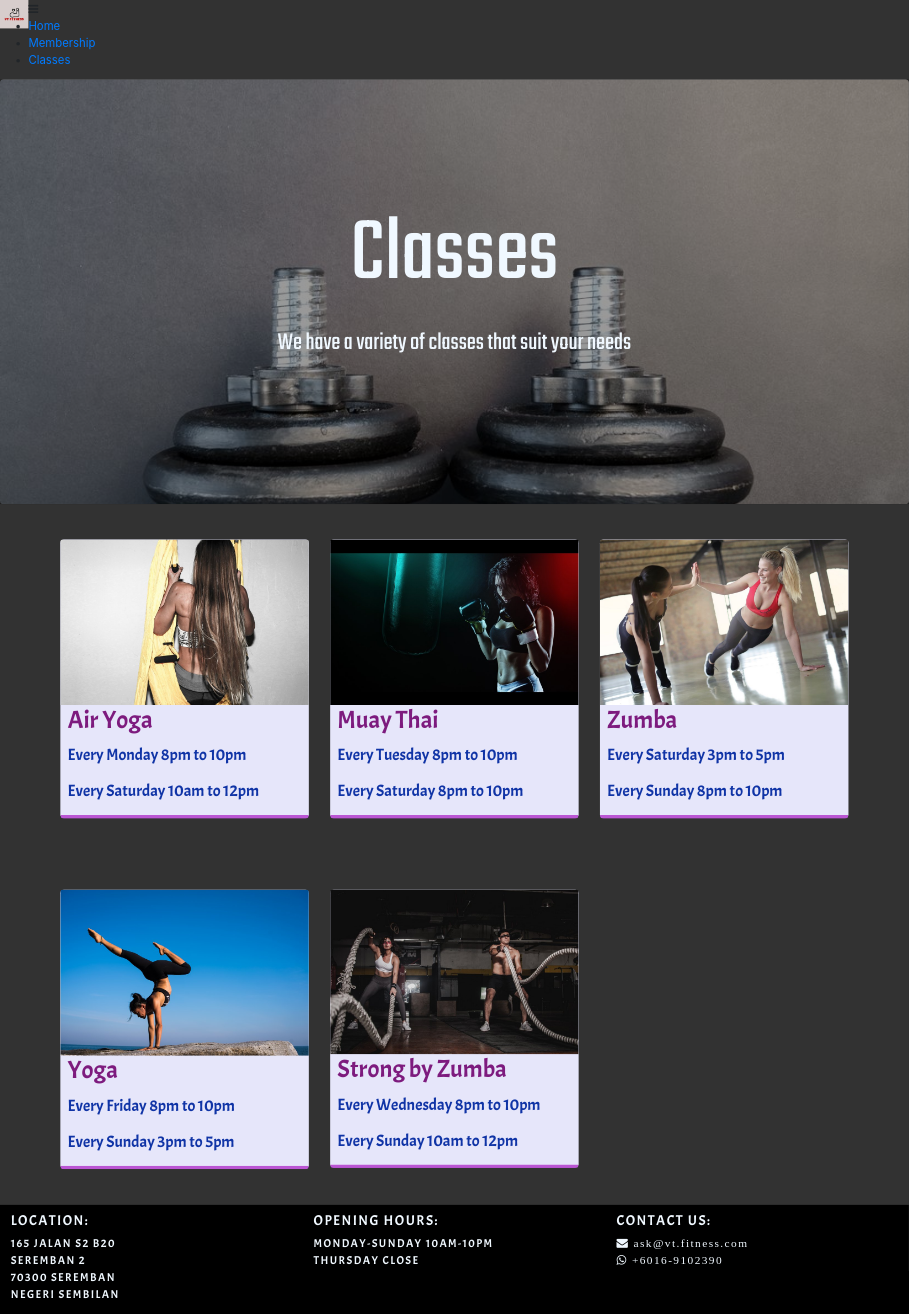
Repository: Code-Institute-Submissions/Project-One-6
Page: classes.html
The author's editor kept a record of every edit. The page is drawn from the files as they stood at one moment, then again after the next edit.
The browser window is 1280 px wide. The pictures show the whole page, at 71% of full size.

Above is the page before.

### classes.html
<!DOCTYPE html>
<html lang="en">

<head>
    <meta charset="UTF-8">
    <meta name="viewport" content="width=device-width, initial-scale=1.0">
    <meta http-equiv="X-UA-Compatible" content="ie=edge">
    <link rel="stylesheet" href="https://stackpath.bootstrapcdn.com/bootstrap/4.3.1/css/bootstrap.min.css" type="text/css" />
    <link rel="stylesheet" href="https://stackpath.bootstrapcdn.com/font-awesome/4.7.0/css/font-awesome.min.css" type="text/css" />
    <link rel="stylesheet" href="https://cdnjs.cloudflare.com/ajax/libs/hover.css/2.3.1/css/hover.css" type="text/css" />
    <link rel="stylesheet" href="style.css" type="text/css" />
    <title>VT Fitness</title>
</head>

<body>
    <header>
        <nav class="navDefault">
            <div>
                <img class="logo" src="images/logo.jpg" />
            </div>
            <div class="dropdown">
                <div class="icon-bars"><i class="fa fa-bars icon"></i></div>
                <ul class="dropdownMenu">
                    <li class="dropdownItem"><a href="index.html" class="dropdownLink">Home</a></li>
                    <li class="dropdownItem"><a href="membership.html" class="dropdownLink">Membership</a></li>
                    <li class="dropdownItem"><a href="classes.html" class="dropdownLink">Classes</a></li>
                </ul>
            </div>
        </nav>
    </header>
    <section>
        <div class="jumbotron" id="classes">
            <div class="schedule">
                <p class="membership-title">Classes</p>
                <p class="membership-quote">We have a variety of classes that suit your needs</p>
            </div>
        </div>
    </section>
    <section>
        <div class="container">
            <div class="row">
                <div class="col-sm-12 col-md-4">
                    <div class="card-body-class">
                        <img src="images/air yoga.jpg" class="card-img-top">
                        <div>
                            <h4 class="card-title">Air Yoga</h4>
                            <p class="text">Every Monday 8pm to 10pm</p>
                            <p class="text">Every Saturday 10am to 12pm</p>
                        </div>
                    </div>
                </div>
                <div class="col-sm-12 col-md-4">
                    <div class="card-body-class">
                        <img src="images/muay thai.jpg" class="card-img-top">
                        <div>
                            <h4 class="card-title">Muay Thai</h4>
                            <p class="text">Every Tuesday 8pm to 10pm</p>
                            <p class="text">Every Saturday 8pm to 10pm</p>
                        </div>
                    </div>
                </div>
                <div class="col-sm-12 col-md-4">
                    <div class="card-body-class">
                        <img src="images/zumba.jpg" class="card-img-top">
                        <div>
                            <h4 class="card-title">Zumba</h4>
                            <p class="text">Every Saturday 3pm to 5pm</p>
                            <p class="text">Every Sunday 8pm to 10pm</p>
                        </div>
                    </div>
                </div>
            </div>
            <div class="row">
                <div class="col-sm-12 col-md-4">
                    <div class="card-body-class">
                        <img src="images/yoga.jpg" class="card-img-top">
                        <div>
                            <h4 class="card-title">Yoga</h4>
                            <p class="text">Every Friday 8pm to 10pm</p>
                            <p class="text">Every Sunday 3pm to 5pm</p>
                        </div>
                    </div>
                </div>
                <div class="col-sm-12 col-md-4">
                    <div class="card-body-class">
                        <img src="images/strong by zumba.jpg" class="card-img-top">
                        <div>
                            <h4 class="card-title">Strong by Zumba</h4>
                            <p class="text">Every Wednesday 8pm to 10pm</p>
                            <p class="text">Every Sunday 10am to 12pm</p>
                        </div>
                    </div>
                </div>
            </div>
    </section>
    <footer class="container-fluid">
        <div class="row">
            <div id="footer-detail" class="col-sm-4 cap">
                <h5 class="inline-block">Location:</h5>
                <p>165 Jalan S2 B20
                    <br>Seremban 2
                    <br>70300 Seremban
                    <br>Negeri Sembilan</p>
            </div>
            <div id="footer-detail" class="col-sm-4 cap">
                <h5 class="inline-block">Opening Hours:</h5>
                <p>Monday-Sunday 10am-10pm
                    <br>Thursday close
                </p>
            </div>
            <div id="footer-detail" class="col-sm-4">
                <h5 class="cap">Contact Us:</h5>
                <ul class="list-inline social">
                    <li>
                        <i class="fa fa-envelope" aria-hidden="true">
                    <span>ask@vt.fitness.com</span>
                    </i>
                    </li>
                    <li>
                        <i class="fa fa-whatsapp" aria-hidden="true">
                    <span>+6016-9102390</span>
                    </i>
                    </li>
                </ul>
            </div>
        </div>

    </footer>
</body>

</html>

### style.css
@import url('https://fonts.googleapis.com/css?family=Acme|Bangers|Lilita+One|Pacifico|Teko&display=swap');

/*-------------------------------------Header------------------------------------*/

header {
    margin: 0;
}

body {
    background-color: #323232;
}

/*-------------------------------------Nav Bar------------------------------------*/

.logo {
    width: 40px;
    height: 40px;
    float: left;
}

.dropdown-item {
    text-align: center;
    font-family: "Acme", sans-serif;
    color: #0080fe;
    width: 150px;
    background-color: rgba(0, 0, 0, 0.2);
    float: right;
}

.dropdown-item:hover {
    text-decoration: none;
    text-align: center;
    color: #f0f8ff;
    width: 150px;
    background-color: rgba(0, 0, 0, 0.7);
}

/*-----------------------------------Home page-----------------------------------*/

#workout {
    background-attachment: scroll;
    background-image: url('images/Workout.jpg');
    background-position: center;
    background-size: cover;
    background-repeat: no-repeat;
    height: 100vh;
    width: 100vw;
    margin-bottom: 0px;
    z-index: -1;
    padding: 0;
}

.vertical-center {
    margin: 0;
    position: absolute;
    top: 50%;
    left: 50%;
    transform: translate(-50%, -50%);
}

.banner-slogan {
    font-family: "teko", sans-serif;
    color: #f0f8ff;
    margin: 0;
    text-align: center;
}

.banner-title {
    font-family: "teko", sans-serif;
    color: #f0f8ff;
    margin: 0;
    text-align: center;
}

.banner-quote {
    font-family: "teko", sans-serif;
    color: #f0f8ff;
    margin-bottom: 10px;
    text-align: center;
}

@media only screen and (max-width: 576px) {
    .banner-slogan {
        font-size: 45px;
        width: 350px;
    }
    .banner-title {
        font-size: 25px;
        width: 350px;
    }
    .banner-quote {
        font-size: 20px;
        width: 350px;
    }
}

@media only screen and (min-width: 577px) and (max-width: 768px) {
    .banner-slogan {
        font-size: 70px;
        width: 500px;
    }
    .banner-title {
        font-size: 30px;
        width: 500px;
    }
    .banner-quote {
        font-size: 25px;
        width: 500px;
    }
}

@media only screen and (min-width: 769px) and (max-width: 992px) {
    .banner-slogan {
        font-size: 95px;
        width: 700px;
    }
    .banner-title {
        font-size: 40px;
        width: 700px;
    }
    .banner-quote {
        font-size: 32px;
        width: 700px;
    }
}

@media only screen and (min-width: 993px) {
    .banner-slogan {
        font-size: 115px;
        width: 850px;
    }
    .banner-title {
        font-size: 50px;
        width: 850px;
    }
    .banner-quote {
        font-size: 38px;
        width: 850px;
    }
}

.btn {
    margin: 0 auto;
    display: block;
}

.btn>a {
    font-family: "Bangers", sans-serif;
    color: #f0f8ff;
    text-transform: uppercase;
}

.btn>a:hover {
    text-decoration: none;
    color: #000000;
}

/*------------------------------------Core Value----------------------------------*/

.cv-title {
    text-align: center;
    font-family: "Bangers", sans-serif;
    color: #990000;
    font-size: 50px;
    margin-bottom: 70px;
    margin-top: 0;
}

.core-value {
    margin: 0;
    padding-top: 50px;
    padding-left: 80px;
    padding-right: 80px;
}

/*------------------------------------Sign Up------------------------------------*/

#signup {
    background-image: url('images/counter.jpg');
    background-size: cover;
    background-attachment: scroll;
    background-repeat: no-repeat;
    background-position: center;
    z-index: -1;
    margin: 0;
    padding: 0;
}

.signup-form {
    padding-top: 150px;
    padding-bottom: 150px;
    background-color: rgba(0, 0, 0, 0.5);
}

.title {
    font-family: "teko", sans-serif;
    color: #f6fffb;
    margin: 0 auto;
    text-align: center;
}

.quote {
    font-family: "Acme", sans-serif;
    color: #f0f8ff;
    text-align: center;
    margin: 0 auto;
}

@media only screen and (max-width: 576px) {
    .title {
        font-size: 50px;
        width: 300px;
    }
    .quote {
        font-size: 15px;
        width: 300px;
    }
}

@media only screen and (min-width: 577px) and (max-width: 768px) {
    .title {
        font-size: 70px;
        width: 500px;
    }
    .quote {
        font-size: 20px;
        width: 500px;
    }
}

@media only screen and (min-width: 769px) and (max-width: 992px) {
    .title {
        font-size: 90px;
        width: 700px;
    }
    .quote {
        font-size: 30px;
        width: 700px;
    }
}

@media only screen and (min-width: 993px) {
    .title {
        font-size: 105px;
        width: 850px;
    }
    .quote {
        font-size: 35px;
        width: 850px;
    }
}

/*-------------------------------------Video------------------------------------*/

.video {
    text-align: center;
    background-image: url('images/gym.jpg');
}

.video-title {
    font-family: "Lilita One", sans-serif;
    color: #5c5c5c;
    margin-bottom: 0px;
}

@media only screen and (min-width: 768px) and (max-width: 992px) {
    .video-title {
        font-size: 45px;
    }
}

@media only screen and (min-width: 993px) {
    .video-title {
        font-size: 70px;
    }
}

/*-------------------------------------Footer------------------------------------*/

footer {
    background-color: #000000;
    color: #f0f8ff;
    bottom: 0;
}

#footer-detail {
    font-size: 16px;
    font-weight: 100;
    font-family: "Acme", sans-serif;
    letter-spacing: 2px;
    color: #f0f8ff;
    margin-top: 10px;
}

.cap {
    text-transform: uppercase;
}

.details {
    font-size: 16px;
    font-weight: 100;
    font-family: "Acme", sans-serif;
}

/*----------------------------------Membership----------------------------------*/

#membership {
    background-attachment: scroll;
    background-image: url('images/membership.jpg');
    background-position: center;
    background-size: cover;
    background-repeat: no-repeat;
    height: 100vh;
    width: 100vw;
    margin-bottom: 0px;
    z-index: -1;
}

.membership-title {
    font-family: "teko", sans-serif;
    color: #f0f8ff;
    text-align: center;
    margin: 0;
}

.membership-quote {
    font-family: "teko", sans-serif;
    color: #f0f8ff;
    text-align: center;
    margin: 0;
}

.package {
    margin-top: 40px;
    margin-bottom: 80px;
    text-align: center;
}

.slogan {
    font-family: "teko", sans-serif;
    color: #f6fffb;
    padding: 0;
    margin: 0;
}

.card-header {
    background-color: #ffffff;
    border-top: 5px solid #ba55d3;
    font-family: "acme", sans-serif;
    font-size: 25px;
    color: #7d1b7e;
}

.card-body {
    background-color: #e6e6fa;
}

.card-text {
    font-family: "acme", sans-serif;
    color: #1034a6;
    text-align: center;
}

.card-footer {
    background-color: #ffffff;
    font-family: "acme", sans-serif;
    font-size: 25px;
    color: #7d1b7e;
    padding: 5;
}

.slogan-text {
    font-family: "teko", sans-serif;
    font-size: 30px;
    color: #f6fffb;

}

@media only screen and (max-width: 576px) {
    .membership-title {
        font-size: 55px;
    }
    .membership-quote {
        font-size: 25px;
    }
    .slogan {
        font-size: 50px;
    }
    .slogan-text {
        font-size: 20px;
    }
    .card-footer {
        margin-bottom: 20px;
    }
}

@media only screen and (min-width: 577px) and (max-width: 768px) {
    .membership-title {
        font-size: 80px;
    }
    .membership-quote {
        font-size: 25px;
    }
    .slogan {
        font-size: 65px;
    }
    .slogan-text {
        font-size: 25px;
    }
    .card-footer {
        margin-bottom: 20px;
    }
}

@media only screen and (min-width: 769px) and (max-width: 992px) {
    .membership-title {
        font-size: 110px;
    }
    .membership-quote {
        font-size: 30px;
    }
    .slogan {
        font-size: 85px;
    }
    .slogan-text {
        font-size: 30px;
    }
}

@media only screen and (min-width: 993px) {
    .membership-title {
        font-size: 130px;
    }
    .membership-quote {
        font-size: 35px;
    }
    .slogan {
        font-size: 100px;
    }
    .slogan-text {
        font-size: 30px;
    }
}



/*----------------------------------Classes----------------------------------*/

#classes {
    background-attachment: scroll;
    background-image: url('images/class.jpg');
    background-position: center;
    background-size: cover;
    background-repeat: no-repeat;
    z-index: -1;
    padding: 0;
    margin: 0;
}

.schedule {
    padding-top: 150px;
    padding-bottom: 200px;
    background-color: rgba(0,0,0,0.4);
}

.card-body-class {
    background-color: #e6e6fa;
    margin-top: 50px;
    margin-bottom: 50px;
    border-radius: 5px;
    border-bottom: 5px solid #ba55d3;
}

.card-title {
    font-family: "acme", sans-serif;
    font-size: 35px;
    color: #7d1b7e;
    padding-left: 10px;
}

.text {
    font-family: "acme", sans-serif;
    font-size: 23px;
    color: #1034a6;
    padding-left: 10px;
}

@media only screen and (max-width: 576px) {
    .card-body-class {
        margin-top: 20px;
        margin-bottom: 20px;
    }
    .text {
    font-size: 18px;
    }
}

@media only screen and (min-width: 577px) and (max-width: 768px) {
    .card-body-class {
        margin-top: 20px;
        margin-bottom: 20px;
    }
    .text {
    font-size: 18px;
    }
}

After the next edit:
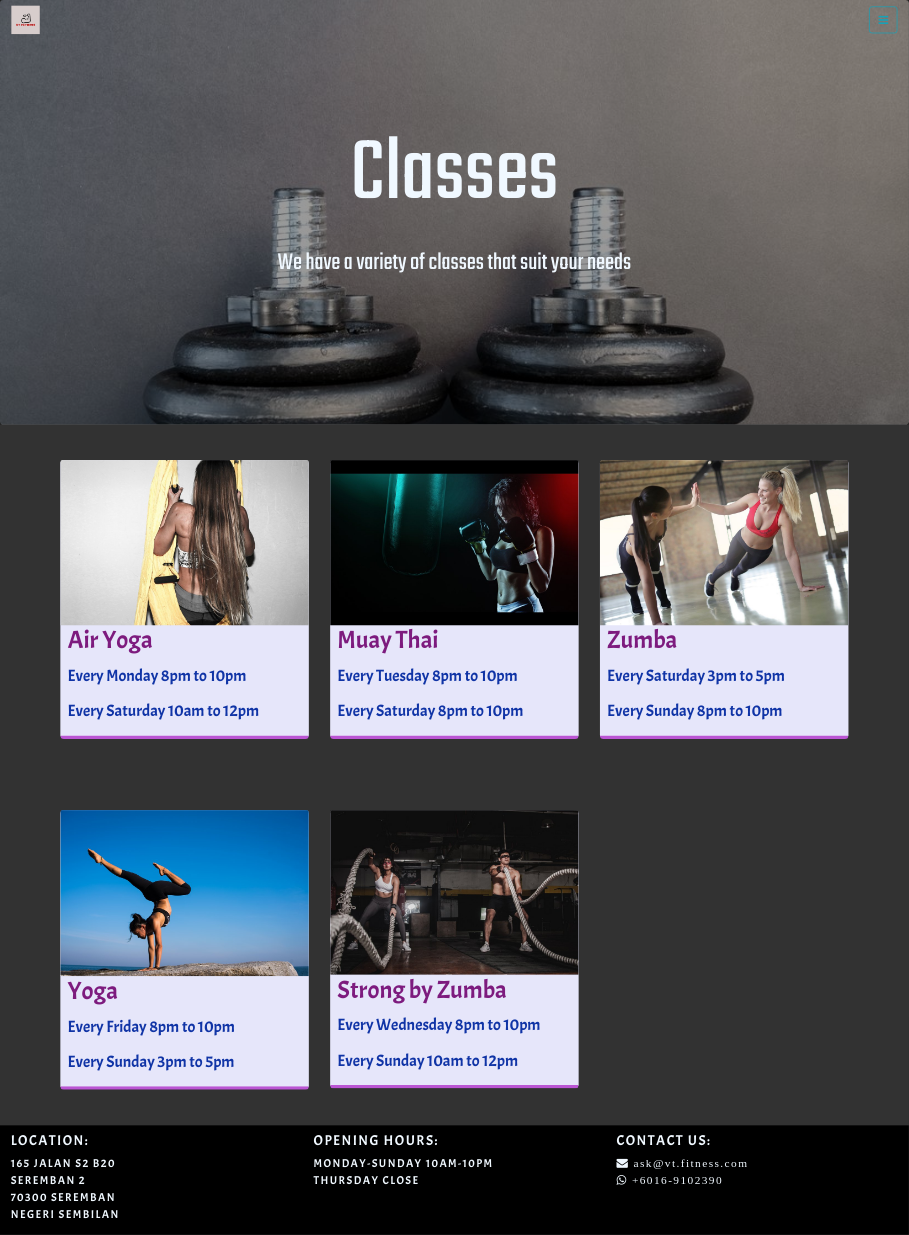
The edit:
--- a/classes.html
+++ b/classes.html
@@ -14,17 +14,22 @@
 
 <body>
     <header>
-        <nav class="navDefault">
+         <nav class="navbar navbar-light fixed-top">
             <div>
                 <img class="logo" src="images/logo.jpg" />
             </div>
-            <div class="dropdown">
-                <div class="icon-bars"><i class="fa fa-bars icon"></i></div>
-                <ul class="dropdownMenu">
-                    <li class="dropdownItem"><a href="index.html" class="dropdownLink">Home</a></li>
-                    <li class="dropdownItem"><a href="membership.html" class="dropdownLink">Membership</a></li>
-                    <li class="dropdownItem"><a href="classes.html" class="dropdownLink">Classes</a></li>
-                </ul>
+            <div>
+                    <button type="button" class="btn btn-outline-info" class="navbar-toggle" data-toggle="collapse" data-target="#mynavbar" aria-controls="mynavbar" aria-expanded="false" aria-label="Toggle navigation">
+                    <span class="icon-bar"><i class="fa fa-bars icon"></i></span>
+                    </button>
+                </div>
+                <div class="collapse navbar-collapse" id="mynavbar">
+                    <ul class="nav navbar-nav mr-auto">
+                        <li><a class="dropdown-item" href="index.html">Home</a></li>
+                        <li><a class="dropdown-item" href="membership.html">Membership</a></li>
+                        <li><a class="dropdown-item" href="classes.html">Classes</a></li>
+                    </ul>
+                </div>
             </div>
         </nav>
     </header>
